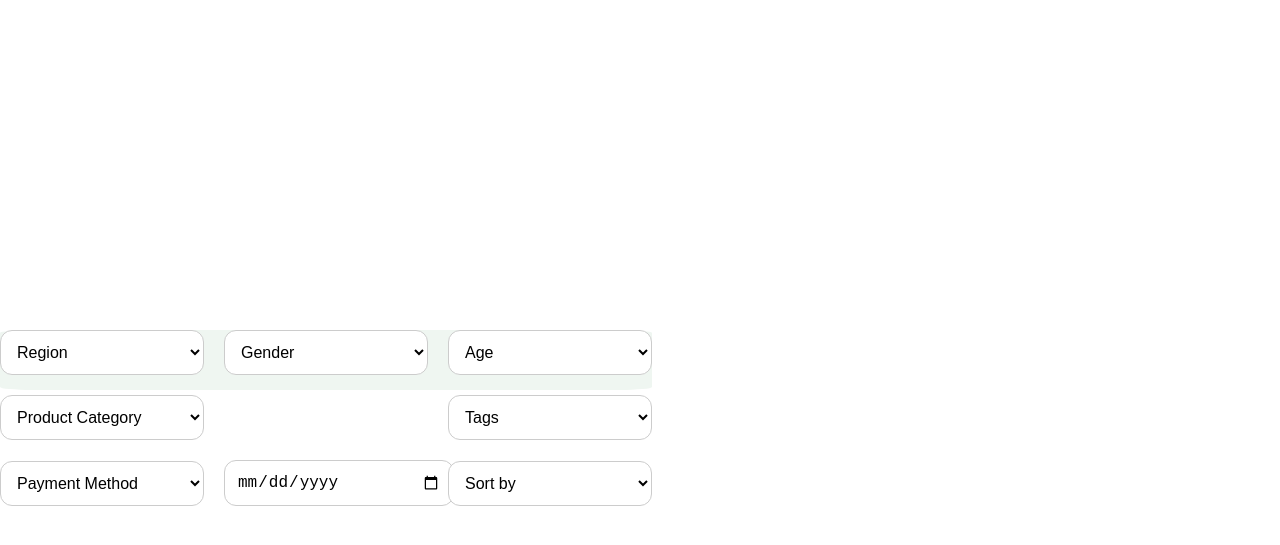
Repository: SandeepYadav18717/TruEstae
Page: / (app in TruEstae/)
The author's editor kept a copy of each file at every save. The page is drawn from the files as they stood at one save, then again after the next save.
The browser window is 1280 px wide. The pictures show the whole page.
The project was rebuilt for these pictures with package versions that can differ from the ones it lists, and the page was loaded fresh each time. Also part of the build but not shown: TruEstae/vite.config.js, TruEstae/src/App.css, TruEstae/src/Styles/Logo.css, TruEstae/src/Pages/Logo.jsx, TruEstae/src/Styles/search_bar.css, TruEstae/src/components/search_bar.jsx.

Above is the page before, as saved 2025-12-07 01:01:14.

### TruEstae/index.html
<!doctype html>
<html lang="en">
  <head>
    <meta charset="UTF-8" />
    <link rel="icon" type="image/svg+xml" href="/vite.svg" />
    <meta name="viewport" content="width=device-width, initial-scale=1.0" />
    <title>javascript</title>
  </head>
  <body>
    <div id="root"></div>
    <script type="module" src="/src/main.jsx"></script>
  </body>
</html>

### TruEstae/src/App.jsx
import { useState } from 'react'
import reactLogo from './assets/react.svg'
import viteLogo from '/vite.svg'
import './App.css'

import Logo from './Pages/Logo.jsx'
import SearchBar from './components/search_bar.jsx'
import Home from './Pages/Home.jsx'

function App() {
  return (
    <>


     <Home />
    </>
  )
}

export default App

### TruEstae/src/Pages/Home.jsx
import Logo from "./Logo.jsx";
import SearchBar from "../components/search_bar.jsx";
import "../Styles/Home.css";
function Home() {
  return (
    <>
      <div className="Container_Ui">
        <div id="Customer_Region">
          <select>
            <option value="" hidden>
              Region
            </option>
            <option>Central</option>
            <option>North</option>
            <option>South</option>
            <option>East</option>
            <option>West</option>
          </select>
        </div>

        <div id="Gender">
          <select>
            <option value="" hidden>
              Gender
            </option>
            <option>Male</option>
            <option>Female</option>
          </select>
        </div>

        <div id="Age">
          <select>
            <option value="" hidden>
              Age
            </option>
            <option>18-25</option>
            <option>26-35</option>
            <option>36-50</option>
            <option>50+</option>
          </select>
        </div>

        <div id="Product_Category">
          <select>
            <option value="" hidden>
              Product Category
            </option>
            <option>Beauty</option>
            <option>Electronic</option>
            <option>Clothing</option>
          </select>
        </div>

        <div id="Tags"></div>
        <select>
          <option value="" hidden>
            Tags
          </option>
        </select>

        <div id="Payment_Method">
          <select>
            <option value="" hidden>
              Payment Method
            </option>
            <option>Wallet</option>
            <option>Cash</option>
            <option>Card</option>
            <option>UPI</option>
            <option>Net Banking</option>
          </select>
        </div>

        <div id="Date">
          <input type="date" />
        </div>
        <div id="SortBy">
  <select defaultValue="">
    <option value="" hidden>Sort by</option>
    <option value="name-asc">Customer Name (A-Z)</option>
    <option value="name-desc">Customer Name (Z-A)</option>
    <option value="newest">Newest First</option>
    <option value="oldest">Oldest First</option>
  </select>
</div>

      </div>
    </>
  );
}
export default Home;

### TruEstae/src/Styles/Home.css
.Container_Ui {
  display: flex;
  gap:15px;
  flex-direction: row;
  align-items: center;
  justify-content: center;
  height: 100vh;
  background-color: #eff6f1;
  height:60px;
  width: 100%;
  border-radius: 5%;
}
/* Main Container Layout */
.Container_Ui {
  display: grid;
  grid-template-columns: repeat(3, 1fr);
  gap: 20px;
  max-width: 900px;
  margin: 20px auto;
}

/* All dropdowns */
select {
  width: 100%;
  padding: 12px;
  border-radius: 12px;       /* curved corners */
  border: 1px solid #ccc;
  background: #fff;
  font-size: 16px;
  outline: none;
  cursor: pointer;
  transition: 0.2s;
}

/* Dropdown hover effect */
select:hover {
  border-color: #4a6cf7;
  box-shadow: 0 0 8px rgba(74, 108, 247, 0.2);
}

/* Date input curved */
input[type="date"] {
  width: 100%;
  padding: 12px;
  border-radius: 12px;       /* curved corners */
  border: 1px solid #ccc;
  background: #fff;
  font-size: 16px;
  outline: none;
  transition: 0.2s;
}

/* Hover effect for date input */
input[type="date"]:hover {
  border-color: #4a6cf7;
  box-shadow: 0 0 8px rgba(74, 108, 247, 0.2);
}

Loaded but not shown: TruEstae/src/main.jsx (common file); TruEstae/src/index.css (common file)

After the next save:
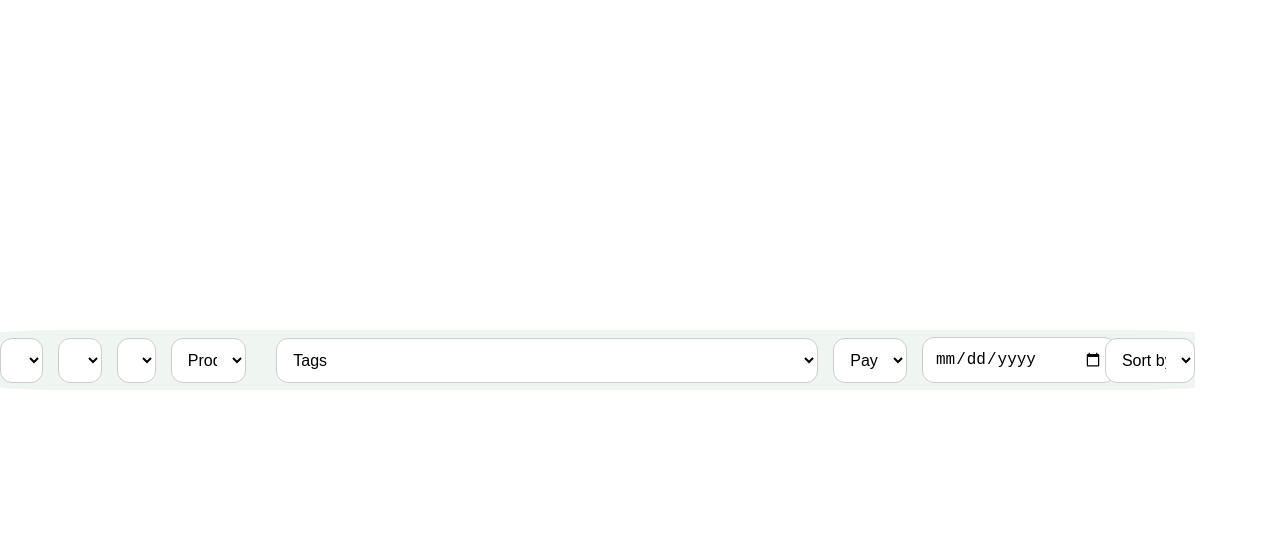
Saved 15 min 6 s later.
--- a/TruEstae/src/Styles/Home.css
+++ b/TruEstae/src/Styles/Home.css
@@ -9,14 +9,6 @@
   height:60px;
   width: 100%;
   border-radius: 5%;
-}
-/* Main Container Layout */
-.Container_Ui {
-  display: grid;
-  grid-template-columns: repeat(3, 1fr);
-  gap: 20px;
-  max-width: 900px;
-  margin: 20px auto;
 }
 
 /* All dropdowns */
